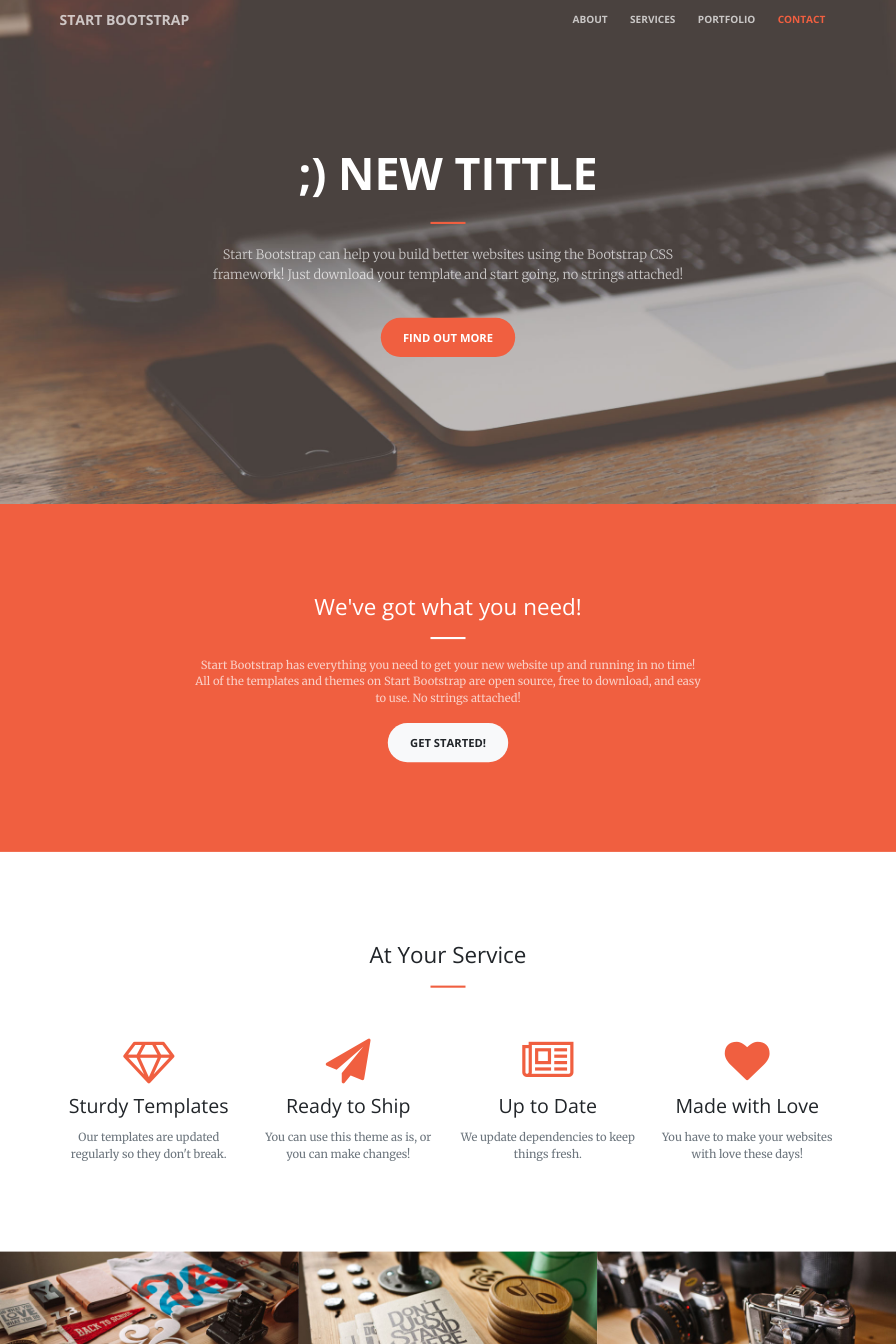
Repository: Julian-Escobar/Bootstrap
Page: index.html
The author's editor kept a copy of each file at every save. The page is drawn from the files as they stood at one save, then again after the next save.
The browser window is 1280 px wide. The pictures show the part of the page from y = 0 to 1920 px (the page is 3168 px tall), at 70% of full size.

Above is the page before, as saved 2018-08-06 19:25:22.

### index.html
<!DOCTYPE html>
<html lang="en">

  <head>

    <meta charset="utf-8">
    <meta name="viewport" content="width=device-width, initial-scale=1, shrink-to-fit=no">
    <meta name="description" content="">
    <meta name="author" content="">

    <title>Creative - Start Bootstrap Themes</title>

    <!-- Bootstrap core CSS -->
    <link href="vendor/bootstrap/css/bootstrap.min.css" rel="stylesheet">

    <!-- Custom fonts for this template -->
    <link href="vendor/font-awesome/css/font-awesome.min.css" rel="stylesheet" type="text/css">
    <link href='https://fonts.googleapis.com/css?family=Open+Sans:300italic,400italic,600italic,700italic,800italic,400,300,600,700,800' rel='stylesheet' type='text/css'>
    <link href='https://fonts.googleapis.com/css?family=Merriweather:400,300,300italic,400italic,700,700italic,900,900italic' rel='stylesheet' type='text/css'>

    <!-- Plugin CSS -->
    <link href="vendor/magnific-popup/magnific-popup.css" rel="stylesheet">

    <!-- Custom styles for this template -->
    <link href="css/creative.min.css" rel="stylesheet">

  </head>

  <body id="page-top">

    <!-- Navigation -->
    <nav class="navbar navbar-expand-lg navbar-light fixed-top" id="mainNav">
      <div class="container">
        <a class="navbar-brand js-scroll-trigger" href="#page-top">Start Bootstrap</a>
        <button class="navbar-toggler navbar-toggler-right" type="button" data-toggle="collapse" data-target="#navbarResponsive" aria-controls="navbarResponsive" aria-expanded="false" aria-label="Toggle navigation">
          <span class="navbar-toggler-icon"></span>
        </button>
        <div class="collapse navbar-collapse" id="navbarResponsive">
          <ul class="navbar-nav ml-auto">
            <li class="nav-item">
              <a class="nav-link js-scroll-trigger" href="#about">About</a>
            </li>
            <li class="nav-item">
              <a class="nav-link js-scroll-trigger" href="#services">Services</a>
            </li>
            <li class="nav-item">
              <a class="nav-link js-scroll-trigger" href="#portfolio">Portfolio</a>
            </li>
            <li class="nav-item">
              <a class="nav-link js-scroll-trigger" href="#contact">Contact</a>
            </li>
          </ul>
        </div>
      </div>
    </nav>

    <header class="masthead text-center text-white d-flex">
      <div class="container my-auto">
        <div class="row">
          <div class="col-lg-10 mx-auto">
            <h1 class="text-uppercase">
              <strong>;) New tittle</strong>
            </h1>
            <hr>
          </div>
          <div class="col-lg-8 mx-auto">
            <p class="text-faded mb-5">Start Bootstrap can help you build better websites using the Bootstrap CSS framework! Just download your template and start going, no strings attached!</p>
            <a class="btn btn-primary btn-xl js-scroll-trigger" href="#about">Find Out More</a>
          </div>
        </div>
      </div>
    </header>

    <section class="bg-primary" id="about">
      <div class="container">
        <div class="row">
          <div class="col-lg-8 mx-auto text-center">
            <h2 class="section-heading text-white">We've got what you need!</h2>
            <hr class="light my-4">
            <p class="text-faded mb-4">Start Bootstrap has everything you need to get your new website up and running in no time! All of the templates and themes on Start Bootstrap are open source, free to download, and easy to use. No strings attached!</p>
            <a class="btn btn-light btn-xl js-scroll-trigger" href="#services">Get Started!</a>
          </div>
        </div>
      </div>
    </section>

    <section id="services">
      <div class="container">
        <div class="row">
          <div class="col-lg-12 text-center">
            <h2 class="section-heading">At Your Service</h2>
            <hr class="my-4">
          </div>
        </div>
      </div>
      <div class="container">
        <div class="row">
          <div class="col-lg-3 col-md-6 text-center">
            <div class="service-box mt-5 mx-auto">
              <i class="fa fa-4x fa-diamond text-primary mb-3 sr-icons"></i>
              <h3 class="mb-3">Sturdy Templates</h3>
              <p class="text-muted mb-0">Our templates are updated regularly so they don't break.</p>
            </div>
          </div>
          <div class="col-lg-3 col-md-6 text-center">
            <div class="service-box mt-5 mx-auto">
              <i class="fa fa-4x fa-paper-plane text-primary mb-3 sr-icons"></i>
              <h3 class="mb-3">Ready to Ship</h3>
              <p class="text-muted mb-0">You can use this theme as is, or you can make changes!</p>
            </div>
          </div>
          <div class="col-lg-3 col-md-6 text-center">
            <div class="service-box mt-5 mx-auto">
              <i class="fa fa-4x fa-newspaper-o text-primary mb-3 sr-icons"></i>
              <h3 class="mb-3">Up to Date</h3>
              <p class="text-muted mb-0">We update dependencies to keep things fresh.</p>
            </div>
          </div>
          <div class="col-lg-3 col-md-6 text-center">
            <div class="service-box mt-5 mx-auto">
              <i class="fa fa-4x fa-heart text-primary mb-3 sr-icons"></i>
              <h3 class="mb-3">Made with Love</h3>
              <p class="text-muted mb-0">You have to make your websites with love these days!</p>
            </div>
          </div>
        </div>
      </div>
    </section>

    <section class="p-0" id="portfolio">
      <div class="container-fluid p-0">
        <div class="row no-gutters popup-gallery">
          <div class="col-lg-4 col-sm-6">
            <a class="portfolio-box" href="img/portfolio/fullsize/1.jpg">
              <img class="img-fluid" src="img/portfolio/thumbnails/1.jpg" alt="">
              <div class="portfolio-box-caption">
                <div class="portfolio-box-caption-content">
                  <div class="project-category text-faded">
                    Category
                  </div>
                  <div class="project-name">
                    Project Name
                  </div>
                </div>
              </div>
            </a>
          </div>
          <div class="col-lg-4 col-sm-6">
            <a class="portfolio-box" href="img/portfolio/fullsize/2.jpg">
              <img class="img-fluid" src="img/portfolio/thumbnails/2.jpg" alt="">
              <div class="portfolio-box-caption">
                <div class="portfolio-box-caption-content">
                  <div class="project-category text-faded">
                    Category
                  </div>
                  <div class="project-name">
                    Project Name
                  </div>
                </div>
              </div>
            </a>
          </div>
          <div class="col-lg-4 col-sm-6">
            <a class="portfolio-box" href="img/portfolio/fullsize/3.jpg">
              <img class="img-fluid" src="img/portfolio/thumbnails/3.jpg" alt="">
              <div class="portfolio-box-caption">
                <div class="portfolio-box-caption-content">
                  <div class="project-category text-faded">
                    Category
                  </div>
                  <div class="project-name">
                    Project Name
                  </div>
                </div>
              </div>
            </a>
          </div>
          <div class="col-lg-4 col-sm-6">
            <a class="portfolio-box" href="img/portfolio/fullsize/4.jpg">
              <img class="img-fluid" src="img/portfolio/thumbnails/4.jpg" alt="">
              <div class="portfolio-box-caption">
                <div class="portfolio-box-caption-content">
                  <div class="project-category text-faded">
                    Category
                  </div>
                  <div class="project-name">
                    Project Name
                  </div>
                </div>
              </div>
            </a>
          </div>
          <div class="col-lg-4 col-sm-6">
            <a class="portfolio-box" href="img/portfolio/fullsize/5.jpg">
              <img class="img-fluid" src="img/portfolio/thumbnails/5.jpg" alt="">
              <div class="portfolio-box-caption">
                <div class="portfolio-box-caption-content">
                  <div class="project-category text-faded">
                    Category
                  </div>
                  <div class="project-name">
                    Project Name
                  </div>
                </div>
              </div>
            </a>
          </div>
          <div class="col-lg-4 col-sm-6">
            <a class="portfolio-box" href="img/portfolio/fullsize/6.jpg">
              <img class="img-fluid" src="img/portfolio/thumbnails/6.jpg" alt="">
              <div class="portfolio-box-caption">
                <div class="portfolio-box-caption-content">
                  <div class="project-category text-faded">
                    Category
                  </div>
                  <div class="project-name">
                    Project Name
                  </div>
                </div>
              </div>
            </a>
          </div>
        </div>
      </div>
    </section>

    <section class="bg-dark text-white">
      <div class="container text-center">
        <h2 class="mb-4">Free Download at Start Bootstrap!</h2>
        <a class="btn btn-light btn-xl sr-button" href="http://startbootstrap.com/template-overviews/creative/">Download Now!</a>
      </div>
    </section>

    <section id="contact">
      <div class="container">
        <div class="row">
          <div class="col-lg-8 mx-auto text-center">
            <h2 class="section-heading">Let's Get In Touch!</h2>
            <hr class="my-4">
            <p class="mb-5">Ready to start your next project with us? That's great! Give us a call or send us an email and we will get back to you as soon as possible!</p>
          </div>
        </div>
        <div class="row">
          <div class="col-lg-4 ml-auto text-center">
            <i class="fa fa-phone fa-3x mb-3 sr-contact"></i>
            <p>123-456-6789</p>
          </div>
          <div class="col-lg-4 mr-auto text-center">
            <i class="fa fa-envelope-o fa-3x mb-3 sr-contact"></i>
            <p>
              <a href="mailto:your-email@your-domain.com">feedback@startbootstrap.com</a>
            </p>
          </div>
        </div>
      </div>
    </section>

    <!-- Bootstrap core JavaScript -->
    <script src="vendor/jquery/jquery.min.js"></script>
    <script src="vendor/bootstrap/js/bootstrap.bundle.min.js"></script>

    <!-- Plugin JavaScript -->
    <script src="vendor/jquery-easing/jquery.easing.min.js"></script>
    <script src="vendor/scrollreveal/scrollreveal.min.js"></script>
    <script src="vendor/magnific-popup/jquery.magnific-popup.min.js"></script>

    <!-- Custom scripts for this template -->
    <script src="js/creative.min.js"></script>

  </body>

</html>

Loaded but not shown: vendor/bootstrap/css/bootstrap.min.css (library); vendor/font-awesome/css/font-awesome.min.css (library); vendor/magnific-popup/magnific-popup.css (library); css/creative.min.css (library); vendor/jquery/jquery.min.js (library); vendor/bootstrap/js/bootstrap.bundle.min.js (library); vendor/jquery-easing/jquery.easing.min.js (common file); vendor/scrollreveal/scrollreveal.min.js (library); vendor/magnific-popup/jquery.magnific-popup.min.js (library); js/creative.min.js (common file)

After the next save:
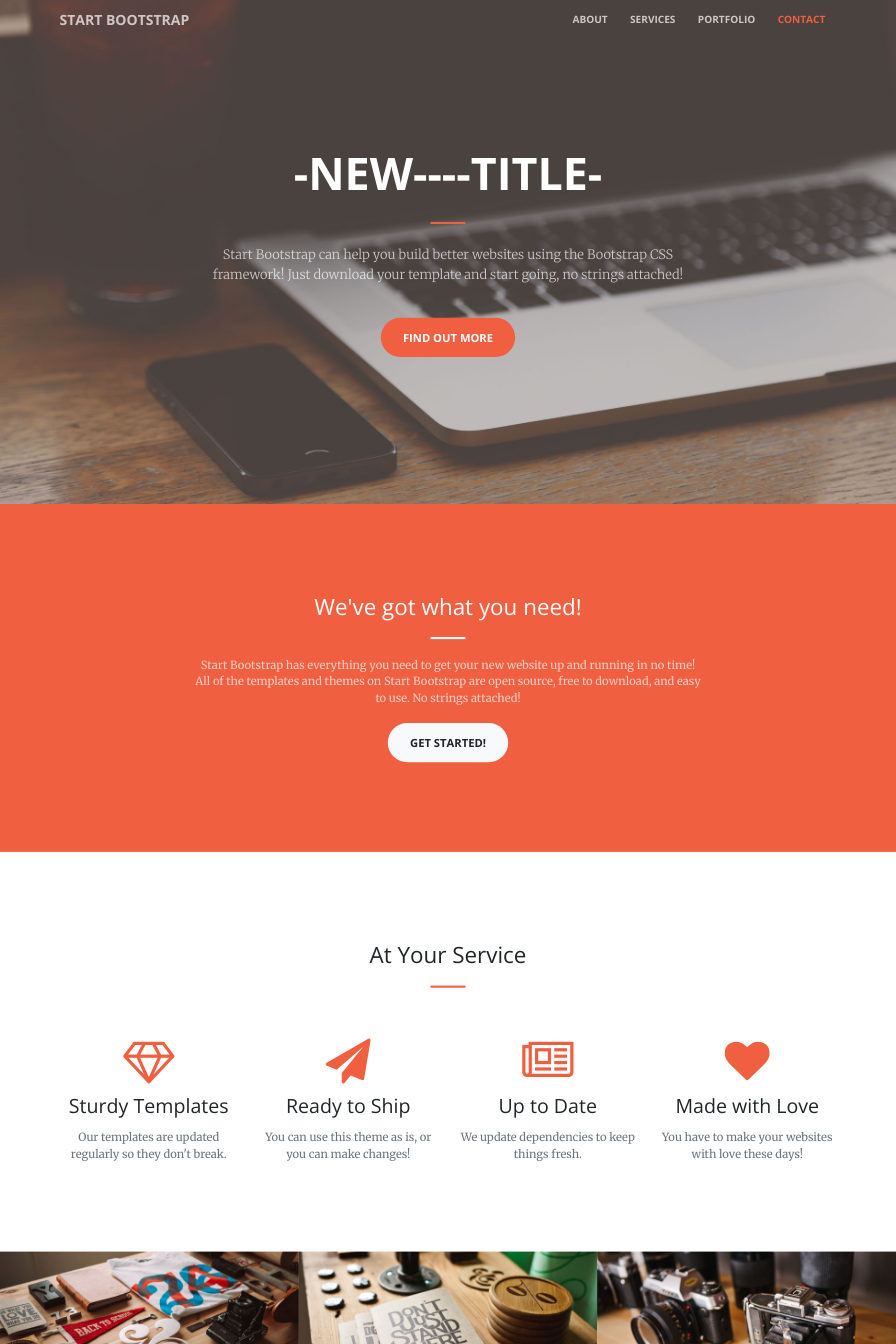
Saved 26 min 11 s later.
--- a/index.html
+++ b/index.html
@@ -59,7 +59,7 @@
         <div class="row">
           <div class="col-lg-10 mx-auto">
             <h1 class="text-uppercase">
-              <strong>;) New tittle</strong>
+              <strong>-New----title-</strong>
             </h1>
             <hr>
           </div>
